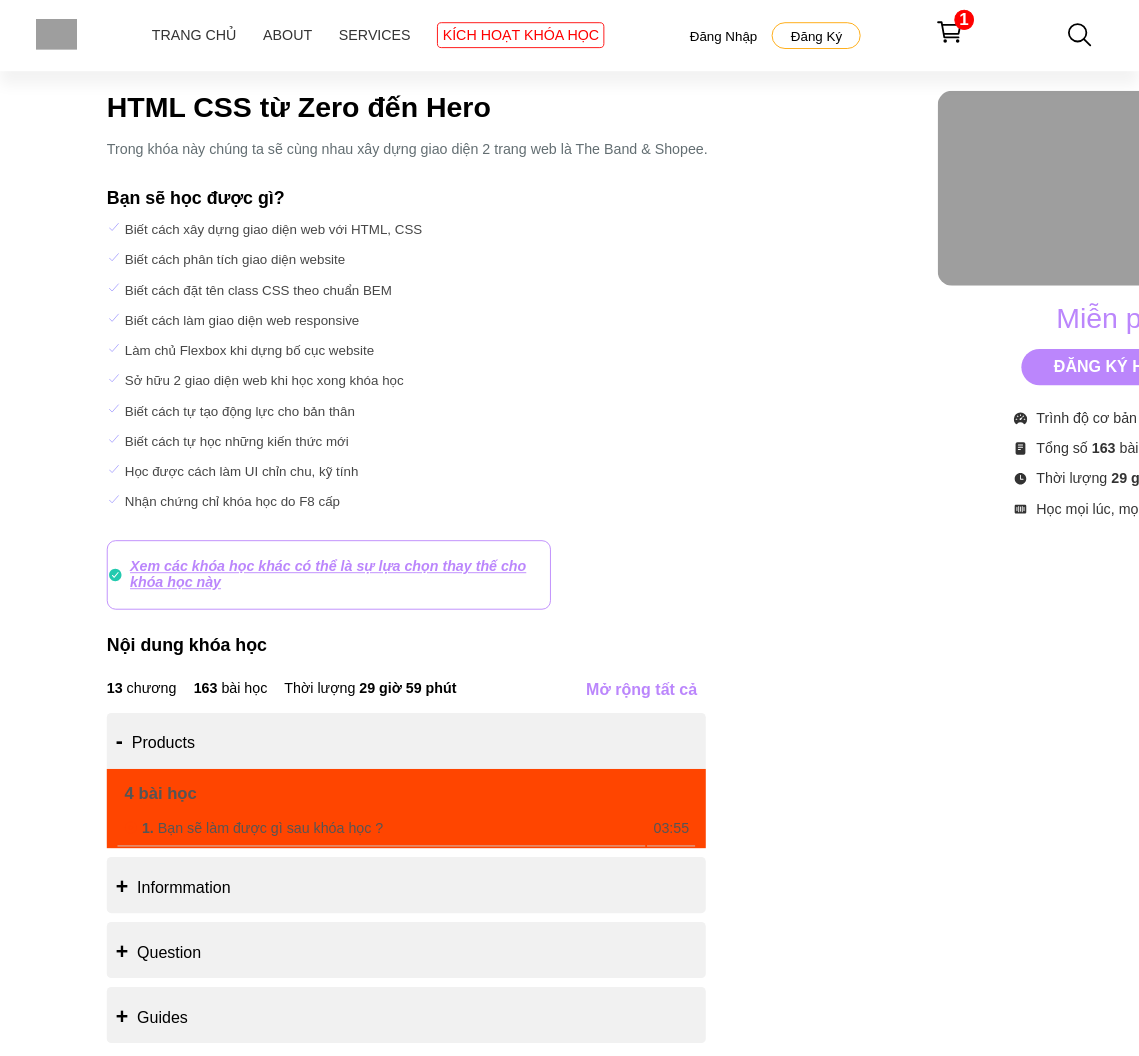
Repository: hoanghuuphuc/hoanghuuphuc
Page: details.html
The author's editor kept a copy of each file at every save. The page is drawn from the files as they stood at one save, then again after the next save.
The browser window is 1280 px wide. The pictures show the whole page, at 89% of full size.
The first `.accordion input[type="radio"]` is checked.
Pictures or frames that could not be fetched are drawn as grey boxes.

Above is the page before, as saved 2022-12-12 00:02:57.
Console error: TypeError: Cannot read properties of null (reading 'addEventListener')

After the next save:
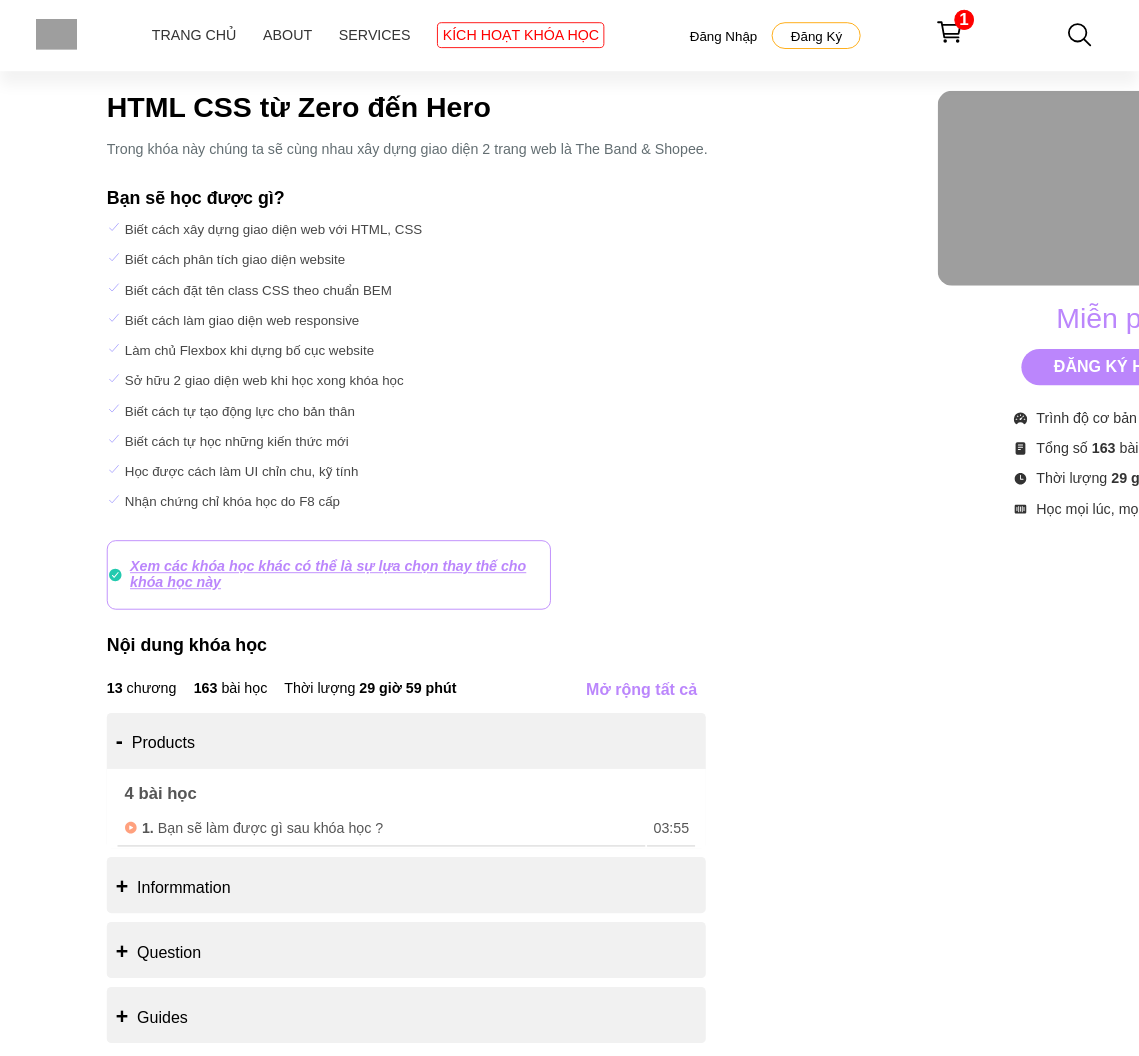
Saved 10 s later.
--- a/style.css
+++ b/style.css
@@ -809,7 +809,6 @@ input[type="radio"] {
 .accordion input[type="radio"]:checked + label + .accordion-content {
   max-height: 400px;
   padding: 10px 10px 0px;
-  background: #ff4500;
 }
 .accordion input[type="radio"]:checked + label::before {
   content: "-";
